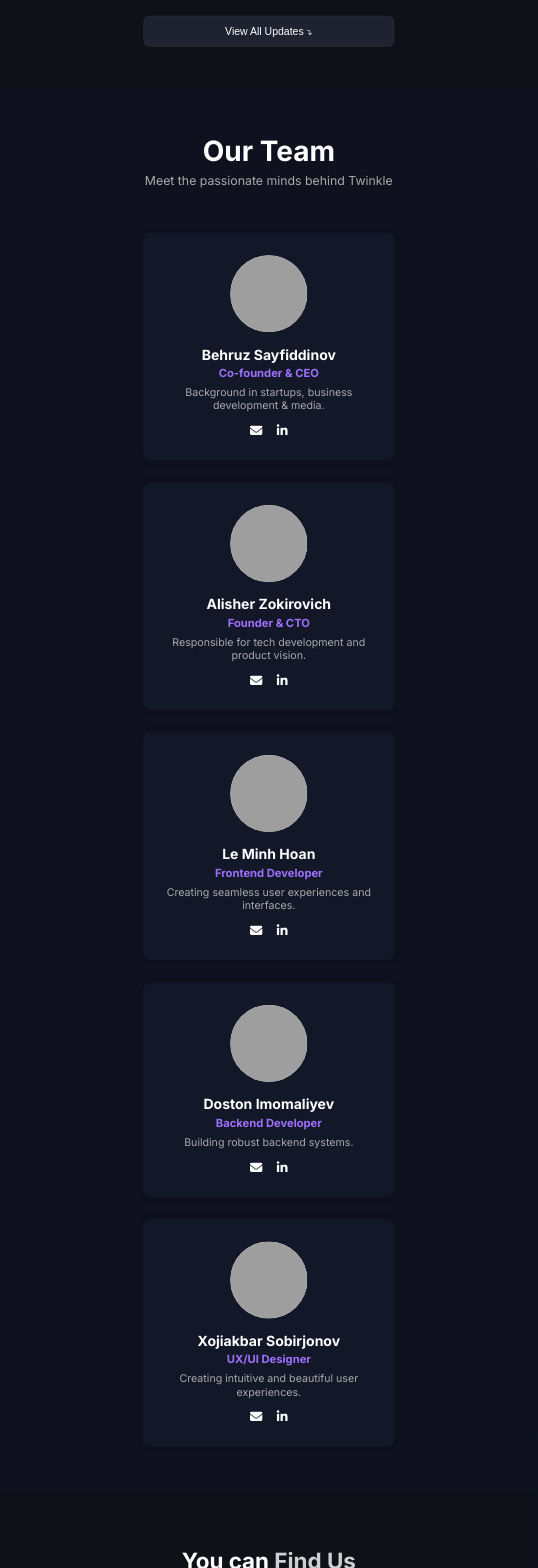
Repository: techboy-33/Twinkle-web
Page: index.html
An editor plug-in stored every save of this project. The page is shown before and after the next save, followed by the edit.
The browser window is 768 px wide. The pictures show the part of the page from y = 2672 to 4912 px (the page is 6602 px tall before and 6614 px after), at 70% of full size.
Pictures or frames that could not be fetched are drawn as grey boxes.

Above is the page before, as saved 2025-05-15 11:14:33.

### index.html
<!DOCTYPE html>
<html lang="en">

<head>
    <meta charset="UTF-8" />
    <meta name="viewport" content="width=device-width, initial-scale=1.0" />
    <title>Twinkle</title>
    <link href="styles.css" rel="stylesheet" />
    <link href="https://fonts.googleapis.com/css2?family=Inter:wght@400;600;700&display=swap" rel="stylesheet">
    <link rel="stylesheet" href="https://cdnjs.cloudflare.com/ajax/libs/font-awesome/6.5.0/css/all.min.css">
    <link rel="stylesheet" href="./base.css">
    <link rel="stylesheet" href="./responsive.css">
</head>

<body>
    <header class="navbar">
        <div class="container nav-inner">
            <div class="logo">Twinkle</div>
            <div class="nav-right">
                <nav class="nav-links">
                    <a href="#">General Info</a>
                    <a href="#">News</a>
                    <a href="#">Team</a>
                </nav>
                <div class="nav-icons">
                    <button class="icon-btn">
                        <i class="fa-solid fa-globe"></i>
                    </button>
                    <button class="icon-btn" id="theme-toggle">
                        <i class="fa-solid fa-sun"></i>
                    </button>
                    <button class="icon-btn contact-btn">Contact</button>
                    <button class="hamburger-menu" id="menu-toggle">
                        <i class="fa-solid fa-bars"></i>
                    </button>
                </div>
            </div>
        </div>
    </header>
    <section class="hero">
        <div class="hero-inner">
            <h1>Twinkle</h1>
            <p class="subtitle">
                A social media platform uniting creators who produce high-quality, intellectual, and value-driven
                content with innovative filtering and multi-monetization models.
            </p>

            <div class="info-grid">
                <div class="info-card">
                    <h3>Founded</h3>
                    <p>15th of December 2024</p>
                </div>
                <div class="info-card">
                    <h3>Headquarters</h3>
                    <p>Samarkand, Uzbekistan (remote)</p>
                </div>
                <div class="info-card">
                    <h3>Focus</h3>
                    <p>Creator economy, empowering media industry</p>
                </div>
                <div class="info-card">
                    <h3>Target Market</h3>
                    <p>Uzbekistan, Global Expansion</p>
                </div>
            </div>

            <button class="learn-btn">Learn More ⌄</button>
        </div>
    </section>
    <main class="container">
        <section class="general-info">
            <h2>General Info</h2>
            <div class="info-columns">
                <div class="left">
                    <div>
                        <p class="strong">Industry</p>
                        <p>Social Media, Creator Economy</p>
                    </div>
                    <div>
                        <p class="strong">Business Model</p>
                        <p>Platform, Subscription, Transaction Fees</p>
                    </div>
                    <div>
                        <p class="strong">Location</p>
                        <p>Tashkent, Uzbekistan</p>
                    </div>
                    <div>
                        <p class="strong">Stage</p>
                        <p>Pre-Seed</p>
                    </div>
                </div>
                <div class="right">
                    <div>
                        <p class="strong">Description</p>
                        <p>Twinkle is designed to build a community of high-caliber, educational content creators while
                            creating a next-generation media platform that enables expanded monetization opportunities.
                        </p>
                    </div>
                    <div>
                        <p class="strong">Investment Needs</p>
                        <p>Seeking investment for platform development, marketing, team expansion, and operational
                            costs.
                        </p>
                    </div>
                    <button class="pitch-btn">View Pitch Deck ⬇️</button>
                </div>
            </div>
        </section>
    </main>
    <section class="news-section">
        <div class="container">
            <h2 class="news-title">Latest News</h2>
            <p class="news-subtitle">Updates and insights from our LinkedIn</p>

            <div class="news-grid">
                <!-- News Card 1 -->
                <div class="news-card">
                    <h3>Twinkle Announces Partnership with Local Creator Hub</h3>
                    <p>We're excited to announce our new partnership with the Central Asian Creator Hub, which will help
                        us connect with more talented content creators in the region...</p>
                    <div class="news-meta">
                        <span>📅 June 15, 2023</span>
                        <a href="#">Read More</a>
                    </div>
                </div>

                <!-- News Card 2 -->
                <div class="news-card">
                    <h3>The Future of Content Monetization in Emerging Markets</h3>
                    <p>Our CEO Behruz Sayfiddinov shares insights on how content creators in emerging markets can
                        leverage new monetization strategies to build sustainable careers...</p>
                    <div class="news-meta">
                        <span>📅 May 28, 2023</span>
                        <a href="#">Read More</a>
                    </div>
                </div>

                <!-- News Card 3 -->
                <div class="news-card">
                    <h3>Twinkle Featured in 'Startups to Watch' List</h3>
                    <p>We're honored to be included in this year's 'Startups to Watch' list by Tech Central Asia. This
                        recognition highlights our innovative approach to content creation...</p>
                    <div class="news-meta">
                        <span>📅 April 10, 2023</span>
                        <a href="#">Read More</a>
                    </div>
                </div>

                <!-- News Card 4 -->
                <div class="news-card">
                    <h3>Building a Quality-First Content Platform</h3>
                    <p>In our latest blog post, CTO Alisher Zokirovich discusses the technical challenges of building a
                        platform that prioritizes quality content while maintaining scalability...</p>
                    <div class="news-meta">
                        <span>📅 March 22, 2023</span>
                        <a href="#">Read More</a>
                    </div>
                </div>
            </div>

            <div class="view-all-wrapper">
                <button class="view-all-btn">View All Updates ⤵</button>
            </div>
        </div>
    </section>
    <section class="team-section">
        <div class="container">
            <h2 class="team-title">Our Team</h2>
            <p class="team-subtitle">Meet the passionate minds behind Twinkle</p>

            <div class="team-grid">
                <!-- Team Members -->
                <div class="team-card">
                    <img src="https://encrypted-tbn0.gstatic.com/images?q=tbn:ANd9GcR9CMIiPoEBXCQ0sEX700hf1_gQ1kkmD3HA4w&s"
                        alt="Behruz">
                    <h3>Behruz Sayfiddinov</h3>
                    <p class="role">Co-founder & CEO</p>
                    <p class="desc">Background in startups, business development & media.</p>
                    <div class="icons">
                        <a href="#"><i class="fas fa-envelope"></i></a>
                        <a href="#"><i class="fab fa-linkedin-in"></i></a>
                    </div>
                </div>

                <div class="team-card">
                    <img src="https://encrypted-tbn0.gstatic.com/images?q=tbn:ANd9GcR9CMIiPoEBXCQ0sEX700hf1_gQ1kkmD3HA4w&s"
                        alt="Alisher">
                    <h3>Alisher Zokirovich</h3>
                    <p class="role">Founder & CTO</p>
                    <p class="desc">Responsible for tech development and product vision.</p>
                    <div class="icons">
                        <a href="#"><i class="fas fa-envelope"></i></a>
                        <a href="#"><i class="fab fa-linkedin-in"></i></a>
                    </div>
                </div>

                <div class="team-card">
                    <img src="https://encrypted-tbn0.gstatic.com/images?q=tbn:ANd9GcR9CMIiPoEBXCQ0sEX700hf1_gQ1kkmD3HA4w&s"
                        alt="Member">
                    <h3>Le Minh Hoan</h3>
                    <p class="role">Frontend Developer</p>
                    <p class="desc">Creating seamless user experiences and interfaces.</p>
                    <div class="icons">
                        <a href="#"><i class="fas fa-envelope"></i></a>
                        <a href="#"><i class="fab fa-linkedin-in"></i></a>
                    </div>
                </div>

                <div class="team-card">
                    <img src="https://encrypted-tbn0.gstatic.com/images?q=tbn:ANd9GcR9CMIiPoEBXCQ0sEX700hf1_gQ1kkmD3HA4w&s"
                        alt="Member">
                    <h3>Doston Imomaliyev</h3>
                    <p class="role">Backend Developer</p>
                    <p class="desc">Building robust backend systems.</p>
                    <div class="icons">
                        <a href="#"><i class="fas fa-envelope"></i></a>
                        <a href="#"><i class="fab fa-linkedin-in"></i></a>
                    </div>
                </div>

                <div class="team-card">
                    <img src="https://encrypted-tbn0.gstatic.com/images?q=tbn:ANd9GcR9CMIiPoEBXCQ0sEX700hf1_gQ1kkmD3HA4w&s"
                        alt="Member">
                    <h3>Xojiakbar Sobirjonov</h3>
                    <p class="role">UX/UI Designer</p>
                    <p class="desc">Creating intuitive and beautiful user experiences.</p>
                    <div class="icons">
                        <a href="#"><i class="fas fa-envelope"></i></a>
                        <a href="#"><i class="fab fa-linkedin-in"></i></a>
                    </div>
                </div>
            </div>
        </div>
    </section>
    <section class="find-us-section">
        <div class="container">
            <h2 class="find-us-title">You can <span>Find Us</span></h2>
            <p class="find-us-subtitle">Connect with Twinkle across various platforms</p>
            <div class="find-us-grid">
                <div class="find-us-card linkedin">
                    <i class="fab fa-linkedin-in"></i>
                    <h3>LinkedIn</h3>
                    <p>linkedin.com/company/twinkle-uz</p>
                </div>
                <div class="find-us-card startup-base">
                    <i class="fas fa-globe"></i>
                    <h3>Startup Base</h3>
                    <p>startupbase.uz/en/startups/39</p>
                </div>
                <div class="find-us-card amazon">
                    <i class="fas fa-seedling"></i>
                    <h3>Amazon Startups</h3>
                    <p>AWS Startup Showcase</p>
                </div>
                <div class="find-us-card instagram">
                    <i class="fab fa-instagram"></i>
                    <h3>Instagram</h3>
                    <p>instagram.com/twinkle_uzbekistan</p>
                </div>
                <div class="find-us-card telegram">
                    <i class="fab fa-telegram-plane"></i>
                    <h3>Telegram</h3>
                    <p>t.me/twinkle_uzbekistan</p>
                </div>
            </div>
        </div>
    </section>
    <section class="contact-section">
        <div class="container contact-container">
            <h2 class="contact-title">Contact Us</h2>
            <p class="contact-description">
                Interested in learning more about Twinkle or discussing investment opportunities? We’d love to hear from
                you.
            </p>

            <div class="contact-methods">
                <div class="contact-box">
                    <i class="fas fa-envelope"></i>
                    <p>info@twinkle.com</p>
                </div>
                <div class="contact-box">
                    <i class="fab fa-linkedin-in"></i>
                    <p>LinkedIn</p>
                </div>
            </div>

            <form class="contact-form">
                <div class="form-row">
                    <input type="text" placeholder="Name" required />
                    <input type="email" placeholder="Email" required />
                </div>
                <input type="text" placeholder="Subject" required />
                <textarea placeholder="Message" rows="5" required></textarea>
                <button type="submit" class="send-btn">Send Message</button>
            </form>
        </div>

    </section>
    <footer class="contact-footer">
        <p class="footer-brand">Twinkle</p>
        <p class="footer-rights">© 2025 Twinkle, Inc. All rights reserved.</p>
    </footer>
    <script src="./js.js"></script>
</body>

</html>

### base.css
body.light-mode {
  background-color: #ffffff;
  color: #111111;
}

body.light-mode .navbar,
body.light-mode .hero,
body.light-mode .general-info,
body.light-mode .news-section,
body.light-mode .team-section,
body.light-mode .find-us-section,
body.light-mode .contact-section,
body.light-mode .contact-footer {
  background-color: #ffffff !important;
  color: #111111 !important;
}

body.light-mode .info-card,
body.light-mode .news-card,
body.light-mode .team-card,
body.light-mode .find-us-card,
body.light-mode .contact-box,
body.light-mode .contact-form input,
body.light-mode .contact-form textarea {
  background-color: #f0f0f0 !important;
  color: #111111 !important;
}

body.light-mode a {
  color: #4f46e5;
}

body.light-mode .subtitle,
body.light-mode .news-subtitle,
body.light-mode .team-subtitle,
body.light-mode .desc,
body.light-mode .find-us-card p,
body.light-mode .contact-description {
  color: #444 !important;
}

### responsive.css
@media (max-width: 768px) {

    .navbar {
        width: 100vw;
        overflow-x: hidden;
    }

    .nav-links,
    .contact-btn {
        display: none;
    }

    .hamburger-menu {
        display: block;
        background-color: #0f172a;
        color: #d1d5db;
        border: none;
        font-size: 18px;
    }

    .nav-inner {
        max-width: 1200px;
        width: 100%;
        padding: 0 26px;
        margin: 0 auto;
        display: flex;
        justify-content: space-between;
        align-items: center;
    }

    .nav-right {
        gap: 12px;
    }

    .nav-icons {
        display: flex;
        align-items: center;
        justify-content: flex-end;
        gap: 16px;
    }


    .nav-open .nav-links {
        display: flex;
        flex-direction: column;
        background-color: #1e293b;
        position: absolute;
        top: 70px;
        right: 20px;
        padding: 12px;
        border-radius: 8px;
        gap: 12px;
        z-index: 1001;
    }

    .nav-open .contact-btn {
        display: block;
        width: 100%;
    }

    /* hero */
    .hero {
        padding: 80px 0;
    }

    .hero-inner {
        padding: 0 26px;
    }

    .hero-inner h1 {
        font-size: 36px;
    }

    .subtitle {
        font-size: 16px;
        max-width: 100%;
        margin-bottom: 40px;
    }

    .info-grid {
        grid-template-columns: 1fr;
        gap: 20px;
    }

    .info-card {
        padding: 20px;
    }

    .learn-btn {
        font-size: 14px;
        padding: 10px 24px;
    }

    /* General  Info Section */
    .general-info {
        padding: 60px 26px 70px 26px;
    }

    .general-info h2 {
        font-size: 26px;
        margin: 10px 0 60px 0;
    }

    .info-columns {
        flex-direction: column;
        gap: 40px;
    }

    .info-columns .left,
    .info-columns .right {
        flex: none;
        width: 100%;
    }

    .info-columns p {
        font-size: 15px;
        line-height: 22px;
    }

    .info-columns p strong {
        margin-bottom: 10px;
    }

    .pitch-btn {
        margin: 26px 0;
    }

    /* new section */
    .news-section {
        padding: 60px 26px;
    }

    .news-title,
    .news-subtitle {
        padding-left: 0;
    }

    .news-title {
        font-size: 1.5rem;
        margin: 20px 0;
    }

    .news-subtitle {
        font-size: 0.95rem;
        margin-bottom: 60px;
    }

    .news-grid {
        grid-template-columns: 1fr;
        gap: 20px;
    }

    .news-card {
        padding: 16px;
    }

    .news-card h3 {
        font-size: 1rem;
    }

    .news-card p {
        font-size: 13px;
    }

    .news-meta {
        flex-direction: column;
        align-items: flex-start;
        gap: 6px;
    }

    .view-all-btn {
        width: 50%;
        padding: 12px;
        font-size: 15px;
    }

    /* Teams section*/
    .team-title {
    font-size: 2.5rem;
    margin-bottom: 0.5rem;
}
}

Loaded but not shown: js.js (15 lines, source omitted); styles.css (590 lines, source omitted)

After the next save:
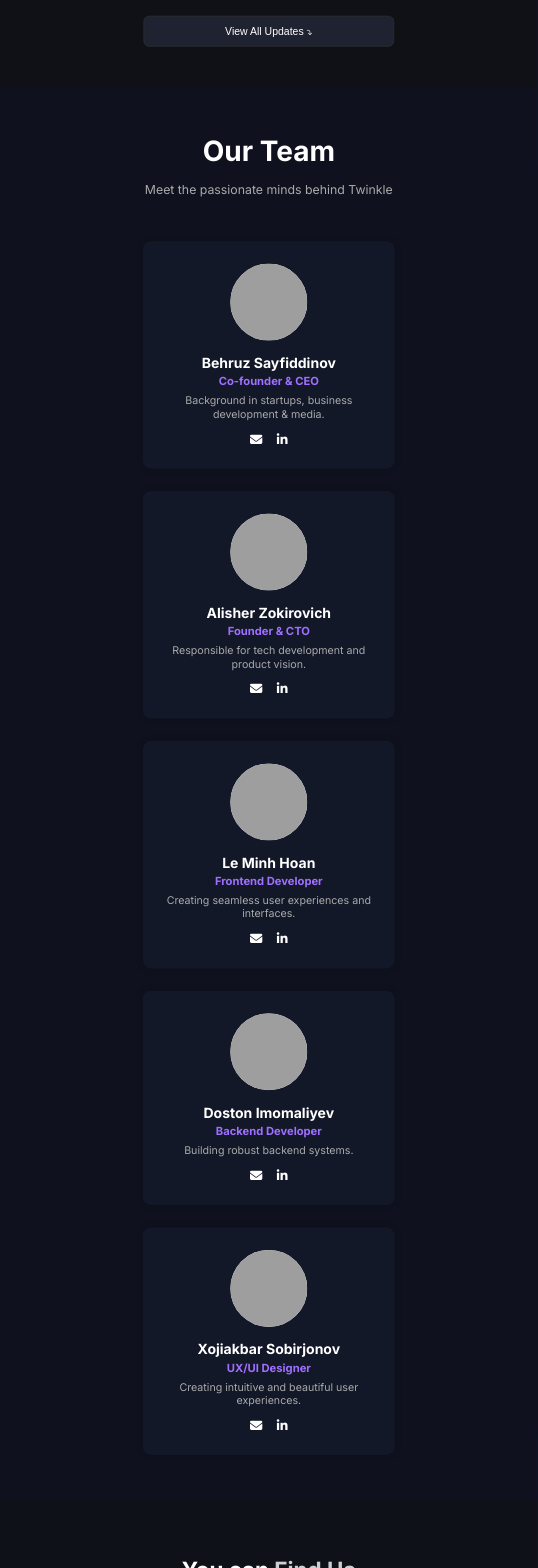
Saved 18 s later.
--- a/responsive.css
+++ b/responsive.css
@@ -176,7 +176,6 @@
 
     /* Teams section*/
     .team-title {
-    font-size: 2.5rem;
-    margin-bottom: 0.5rem;
+        margin-bottom: 20px;
+    }
 }
-}
